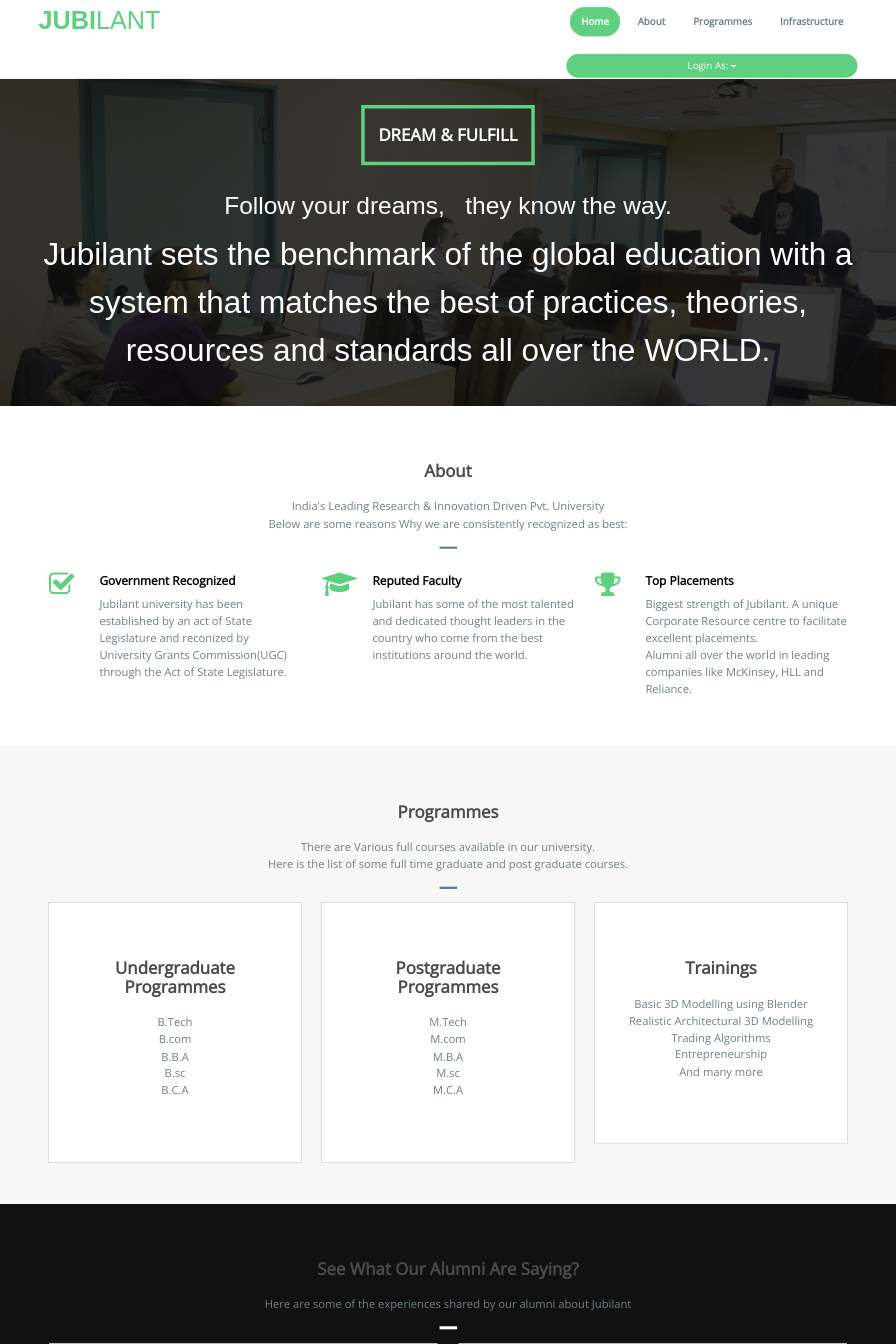
Repository: GauravC8/UMS
Page: http://localhost/login/WEB-INF/index.jsp
These files come from the project's save history. The page is drawn as it stood at one moment and after the next save; the edit follows.
The browser window is 1280 px wide. The pictures show the part of the page from y = 0 to 1920 px (the page is 3363 px tall), at 70% of full size.
Some web fonts or font styles are not loaded; a fallback is used. The page is served by Tomcat 9. Nobody is signed in. Other server files are loaded and not shown. The template is opened directly, without the code that normally fills it, so the values that code supplies are empty.

Above is the page before, as saved 2019-04-08 11:04:51.

### login/src/main/webapp/WEB-INF/index.jsp
<%@ page language="java" contentType="text/html; charset=ISO-8859-1"
	pageEncoding="ISO-8859-1"%>
<%@ taglib uri="http://www.springframework.org/tags/form" prefix="form"%>
<%@taglib prefix="c" uri="http://java.sun.com/jsp/jstl/core"%>

<!DOCTYPE html>
<html lang="en">

<head>
<meta charset="utf-8">
<meta name="viewport" content="width=device-width, initial-scale=1">
<title>UMS</title>

<link rel="stylesheet" type="text/css"
	href="https://fonts.googleapis.com/css?family=Open+Sans|Candal|Alegreya+Sans">
<link rel="stylesheet" type="text/css"
	href="resources/css/font-awesome.min.css">
<link rel="stylesheet" type="text/css"
	href="resources/css/bootstrap.min.css">
<link rel="stylesheet" type="text/css"
	href="resources/css/imagehover.min.css">
<link rel="stylesheet" type="text/css" href="resources/css/style.css">

</head>

<body>
	<!--Navigation bar-->
	<nav class="navbar navbar-default navbar-fixed-top">
		<div class="container">
			<div class="navbar-header">
				<button type="button" class="navbar-toggle" data-toggle="collapse"
					data-target="#myNavbar"></button>
				<a class="navbar-brand" href="index.html">Jubi<span>lant</span></a>
			</div>
			<div class="collapse navbar-collapse" id="myNavbar">
				<ul class="nav navbar-nav navbar-right">
					<li class="btn-trial"><a href="#Home">Home</a></li>
					<li><a href="#about">About</a></li>
					<li><a href="#programmes">Programmes</a></li>
					<li><a href="#infrasturcture">Infrastructure</a></li>

						<div class="dropdown">
							<button class="btn btn-default dropdown-toggle form-control"
								type="button" id="menu1" data-toggle="dropdown">
								Login As: <span class="caret"></span>
							</button>
							<ul class="dropdown-menu" role="menu" aria-labelledby="menu1">
								<li role="presentation"><a role="menuitem" tabindex="-1"
									href="user/loginForm">Student</a></li>
								<li role="presentation"><a role="menuitem" tabindex="-1"
									href="user/loginForm">Faculty</a></li>
								<li role="presentation"><a role="menuitem" tabindex="-1"
									href="user/loginForm">Admin</a></li>
							</ul>
						</div>
					</li>

				</ul>
			</div>
		</div>
	</nav>
	<!--/ Navigation bar-->


	<!--Modal box-->
	<div class="modal fade" id="login" role="dialog">
		<div class="modal-dialog modal-sm">

			<!-- Modal content no 1-->
			<div class="modal-content">
				<div class="modal-header">
					<button type="button" class="close" data-dismiss="modal">&times;</button>
					<h4 class="modal-title text-center form-title">Login</h4>
				</div>
				<div class="modal-body">

					<div class="login-box-body">
						<%-- <form:form action="user/loginUser" class="form-horizontal"
							method="post" modelAttribute="user">
							<div class="form-group">
								<label for="emailId" class="col-md-3 control-label">Email</label>
								<div class="col-md-9">
									<form:input name="emailId" path="emailId"
										cssClass="form-control" />
								</div>
							</div>

							<div class="form-group">
								<label for="password" class="col-md-3 control-label">Password</label>
								<div class="col-md-9">
									<form:password name="password" path="password"
										cssClass="form-control" />
								</div>
							</div>
							<div class="form-group">
								<!-- Button -->
								<div class="col-md-offset-3 col-md-9">
									<form:button cssClass="btn btn-primary">Login</form:button>
								</div>
							</div>
							<div style="color: red">${error}</div>

						</form:form> --%>
					</div>
				</div>
			</div>
		</div>

	</div>
	<!--/ Modal box-->


	<!--Banner-->
	<div class="banner"
		style="background: url('resources/images/bg-banner.jpg') no-repeat center top">
		<div class="bg-color">
			<div class="container">
				<div class="row">
					<div class="banner-text text-center">
						<div class="text-border">
							<h2 class="text-dec">Dream & Fulfill</h2>
						</div>
						<div class="intro-para text-center quote">
							<p class="big-text">Follow your dreams, &nbsp they know the
								way.<p><p class="small-t
							ext">Jubilant sets the benchmark of the
								global education with a system that matches the best of
								practices, theories, resources and standards all over the WORLD.</p>
						</div>

					</div>
				</div>
			</div>
		</div>
	</div>
	<!--/ Banner-->
	<!--About-->
	<section id="about" class="section-padding">
		<div class="container">
			<div class="row">
				<div class="header-section text-center">
					<h2>About</h2>
					<p>
						India's Leading Research & Innovation Driven Pvt. University<br>
						Below are some reasons Why we are consistently recognized as best:
					</p>
					<hr class="bottom-line">
				</div>

				<div class="about">
					<div class="col-md-4">
						<div class="heading pull-right">
							<h4>Government Recognized</h4>
							<p>Jubilant university has been established by an act of
								State Legislature and reconized by University Grants
								Commission(UGC) through the Act of State Legislature.</p>
						</div>
						<div class="about-img pull-left">
							<i class="fa fa-check-square-o"></i>
						</div>
					</div>
				</div>
				<div class="about">
					<div class="col-md-4">
						<div class="heading pull-right">
							<h4>Reputed Faculty</h4>
							<p>Jubilant has some of the most talented and dedicated
								thought leaders in the country who come from the best
								institutions around the world.</p>
						</div>
						<div class="about-img pull-left">
							<i class="fa fa-graduation-cap"></i>
						</div>
					</div>
				</div>
				<div class="about">
					<div class="col-md-4">
						<div class="heading pull-right">
							<h4>Top Placements</h4>
							<p>
								Biggest strength of Jubilant. A unique Corporate Resource centre
								to facilitate excellent placements.<br> Alumni all over the
								world in leading companies like McKinsey, HLL and Reliance.
							</p>
						</div>
						<div class="about-img pull-left">
							<i class="fa fa-trophy"></i>
						</div>
					</div>
				</div>

			</div>
		</div>
	</section>
	<!--/ About-->

	<!--Programs-->
	<section id="programmes" class="section-padding">
		<div class="container">
			<div class="row">
				<div class="header-section text-center">
					<h2>Programmes</h2>
					<p>
						There are Various full courses available in our university.<br>
						Here is the list of some full time graduate and post graduate
						courses.
					</p>
					<hr class="bottom-line">
				</div>
				<div class="col-md-4 col-sm-6">
					<div class="service-box text-center">
						<h2>Undergraduate Programmes</h2>
						<p>
							B.Tech<br>B.com<br>B.B.A<br>B.sc<br>B.C.A
						</p>
					</div>
				</div>
				<div class="col-md-4 col-sm-6">
					<div class="service-box text-center">
						<h2>Postgraduate Programmes</h2>
						<p>
							M.Tech<br>M.com<br>M.B.A<br>M.sc<br>M.C.A
						</p>
					</div>
				</div>
				<div class="col-md-4 col-sm-6">
					<div class="service-box text-center">
						<h2>Trainings</h2>
						<p>
							Basic 3D Modelling using Blender<br>Realistic Architectural
							3D Modelling<br>Trading Algorithms<br>Entrepreneurship<br>And
							many more
						</p>
					</div>
				</div>
			</div>
		</div>
	</section>
	<!--/ programmes-->

	<!--Testimonial-->
	<section id="testimonial" class="section-padding">
		<div class="container">
			<div class="row">
				<div class="header-section text-center">
					<h2 class="white">See What Our Alumni Are Saying?</h2>
					<p class="white">Here are some of the experiences shared by our
						alumni about Jubilant</p>
					<hr class="bottom-line bg-white">
				</div>
				<div class="col-md-6 col-sm-6">
					<div class="text-comment">
						<p class="text-par">"Life in Jubilant has been a breathtaking
							experience.All the faculty members,mentors and everyone in
							Jubilant family have been a great help and a strong support. This
							place has immensely added to my persona and I will always cherish
							the memories I shared with this place."</p>

						<p class="text-name">
							Himani Gupta- MBA in Competitive Intelligence<br>
							Batch:2012-14
						</p>
					</div>
				</div>
				<div class="col-md-6 col-sm-6">
					<div class="text-comment">
						<p class="text-par">"Jubilant has been a completely enriching
							experience. I have acquired lot of confidence through various
							plaforms provided by College such as Sangathan, Youth Fest etc
							which gave us opportunity to present our innate creativity and
							talent. The faculty is very supportive and ready to help
							anytime."</p>
						<p class="text-name">
							Anita Kumari - B.sc(Fashion Design)<br>Batch:2011-14
						</p>
					</div>
				</div>
			</div>
		</div>
	</section>
	<!--/ Testimonial-->
	<!--Infrastructure-->
	<section id="infrasturcture" class="section-padding">
		<div class="container">
			<div class="row">
				<div class="header-section text-center">
					<h2>Infrastructure</h2>
					<p></p>
					<hr class="bottom-line">
				</div>
			</div>
		</div>
		<div class="container">
			<div class="row">
				<div class="col-md-4 col-sm-6 padleft-right">
					<figure class="imghvr-fold-up">
						<img src="resources/images/library.jfif" class="img-responsive">
						<figcaption>
							<h3>Library</h3>
							<p>Synonymous with the abode of knowledge, the six libraries
								at Jubilant are stocked with the lakhs of books and thousands of
								journals to propel the wisdom growth of the students. These
								libraries are frequently updated with new books and other useful
								study material for students.</p>
						</figcaption>
						<a href="#"></a>
					</figure>
				</div>
				<div class="col-md-4 col-sm-6 padleft-right">
					<figure class="imghvr-fold-up">
						<img src="resources/images/classroom.jfif" class="img-responsive">
						<figcaption>
							<h3>Syndicate Rooms</h3>
							<p>
								300 students can brainstorm at the same time in 50 Syndicate
								Rooms.<br>The Syndicate Rooms provide the perfect setting
								to acquire team skills through exercises like brain-storming
								sessions, group discussions, role-plays etc.
							</p>
						</figcaption>
						<a href="#"></a>
					</figure>
				</div>
				<div class="col-md-4 col-sm-6 padleft-right">
					<figure class="imghvr-fold-up">
						<img src="resources/images/auditorium.jfif" class="img-responsive">
						<figcaption>
							<h3>Auditorium</h3>
							<p>State-of-the-art auditoriums with a combined seating
								capacity of over 3,500 act as a common ground for students,
								faculty and corporate personalities for regular interfaces,
								conferences and other events.</p>
						</figcaption>
						<a href="#"></a>
					</figure>
				</div>
				<div class="col-md-4 col-sm-6 padleft-right">
					<figure class="imghvr-fold-up">
						<img src="resources/images/play.jfif" class="img-responsive">
						<figcaption>
							<h3>Playground</h3>
							<p>At Jubilant,sports form one of the important aspects of a
								student's development.From increasing concentration levels and
								working as a team to inculcating a winning spirit;sports help
								students build a strong character.</p>
						</figcaption>
						<a href="#"></a>
					</figure>
				</div>
				<div class="col-md-4 col-sm-6 padleft-right">
					<figure class="imghvr-fold-up">
						<img src="resources/images/hostel.jfif" class="img-responsive">
						<figcaption>
							<h3>Hostel Accomodation</h3>
							<p>Jubilant offers comprehensive hostel facilities for boys
								and girls separately within the University Campus.Caring wardens
								and a vigilant security ensures a pleasant stay allowing
								students to focus on academics.</p>

					</figure>
				</div>
				<div class="col-md-4 col-sm-6 padleft-right">
					<figure class="imghvr-fold-up">
						<img src="resources/images/labs.jfif" class="img-responsive">
						<figcaption>
							<h3>Laboratory</h3>
							<p>The specialised biotechnology laboratories are equipped to
								conduct advanced practical and research work.Jubilant has over
								300 labs where students experiment and bring to practice what
								they have learnt in theory.</p>
						</figcaption>
						<a href="#"></a>
					</figure>
				</div>
			</div>
		</div>
	</section>
	<!--/ Courses-->




	<!--Footer-->
	<footer id="footer" class="footer">
		<div class="container text-center">

			<h3>For More Information</h3>


			<!-- End newsletter-form -->
			<ul class="social-links">
				<li><a href="#link"><i class="fa fa-twitter fa-fw"></i></a></li>
				<li><a href="#link"><i class="fa fa-facebook fa-fw"></i></a></li>
				<li><a href="#link"><i class="fa fa-google-plus fa-fw"></i></a></li>
				<li><a href="#link"><i class="fa fa-dribbble fa-fw"></i></a></li>
				<li><a href="#link"><i class="fa fa-linkedin fa-fw"></i></a></li>
			</ul>
			All rights reserved

		</div>
	</footer>
	<!--/ Footer-->

	<script src="resources/js/jquery.min.js"></script>
	<script src="resources/js/jquery.easing.min.js"></script>
	<script src="resources/js/bootstrap.min.js"></script>
	<script src="resources/js/custom.js"></script>
	<script src="resources/contactform/contactform.js"></script>

</body>

</html>

### login/src/main/webapp/WEB-INF/resources/css/style.css

body {
	font-size: 15px;
    line-height: 1.52;
    color: #717f86;
    font-size: 16px;
	font-family: 'Open Sans', sans-serif;
    font-weight: 400;
}
ol, ul {
	list-style: none;
}
blockquote, q {
	quotes: none;
}
blockquote:before, blockquote:after,
q:before, q:after {
	content: '';
	content: none;
}
table {
	border-collapse: collapse;
	border-spacing: 0;
}
.section-padding{
	padding: 60px 0px;
}
h1, h2, h3, h4, h5, h6{
    font-family: Open Sans, sans-serif;
    font-weight: 700;
    color: #4B4B4C;
}
a{
    color: #5fcf80;
}
a:hover, a:focus{
    color: #5fcf80;
}
/***********************************
Navigation bar
************************************/
.navbar-default .navbar-brand {
    color: #5FCF80;
}
.navbar-default {
    background-color: #ffffff;
}

.navbar-default .navbar-nav > li > a {
    color: #717f86;
    font-size: 14px;
    font-weight: 700;
}
.navbar-nav > li > a{
	padding: 0px;
	margin: 10px 5px;
	padding: 10px 15px;
}
.navbar-default .navbar-nav > li > a:focus, .navbar-default .navbar-nav > li > a:hover
{
	color: #5FCF80;
}
.btn {


background-color: #5FCF80;
	border-radius: 50px;
	color: #ffffff !important;
	border: 1px solid #5FCF80;
	margin-top: 15px;
}
.navbar-nav .active a{
    background: none !important;
    color: #5FCF80 !important;
    outline: none;
}

.btn-trial a{
	background-color: #5FCF80;
	border-radius: 25px;
	color: #ffffff !important;
	border: 1px solid #5FCF80;
}
.btn-trial a:hover, .btn-trial a:focus{
	border: 1px solid #5FCF80;
	background-color: #fff;
	color: #5FCF80 !important;
}
.navbar-default .navbar-brand {
    font-family: 'Dosis', sans-serif !important;
    font-weight: 700;
    text-transform: uppercase;
    padding: 0px;
    height: inherit;
    font-size: 36px;
    margin: 20px 0px;
}
.navbar-default .navbar-brand span{
	font-weight: 100 !important;
}
.navbar {
    margin-bottom: 0px;
}
.padding-zero{
	padding: 0px;
}
.mart20{
	margin-top: 20px;
}
/***********************************
Banner
************************************/
.banner{
	background: url('resources/images/bg-banner.jpg') no-repeat center top;
    background-size: cover;
	min-height: 580px;
    position: relative;
}
.bg-color{
	background-color: RGBA(12, 11, 11, 0.82);
	min-height: 580px;
}
.text-dec{
	font-size: 24px;
	padding: 10px 20px;
    margin: 15px 0;
	text-transform: uppercase;
    color: #fff;
}
.text-border{
	border: 5px solid #5FCF80;
	display: inline-block;
	margin-top: 150px;
}
.intro-para{
	font-family: 'Alegreya Sans', sans-serif;
	font-size: 45px;
	color: #fff;
	margin-top: 30px;
}

.modal-dialog {
    width: 600px;
    margin: 150px auto;
}
.modal-content h4 {
    font-size: 1.5em;
    font-weight: 700;
}
.login-box-body {
    padding: 15px 30px;
}
.login-box-msg, .register-box-msg {
    margin: 0px;
    text-align: center;
    padding: 0px 20px 20px;
}
.form-title{
color:#5FCF80;
}
.form-control{
border-color:#5FCF80;
}
.modal-sm {
    width: 400px;
}
.padleft-right{
    padding-left: 5px;
    padding-right: 0px;
}
.big-text{
    font-size: 35px;
}
.small-text{
    font-size: 16px;
}
btn{
    background-color: #5fcf80;
    color: #fff;
    -webkit-transition: all 0.3s ease-in-out;
  -moz-transition: all 0.3s ease-in-out;
  transition: all 0.3s ease-in-out;
  margin-top: 10px;
}
.btn:hover,.btn:focus{
    background-color: black;
    color: #5fcf80;
    border-color: #fff;
     -webkit-transition: all 0.3s ease-in-out;
  -moz-transition: all 0.3s ease-in-out;
  transition: all 0.3s ease-in-out;
}
/***********************************
About
************************************/
h2{
	font-size: 24px;
	padding-bottom: 15px;
}
.bottom-line{
	width: 25px;
	height: 3px;
	background-color: rgb(99, 122, 145);
}
.about{
	margin-top: 25px;
}
.about-img {
  width: 20%;
}
.heading {
    width: 80%;
}
.about i {
    font-size: 39px;
    color: #5FCF80;
    margin-top: 7px;
}
.heading h4 {
    font-size: 17px;
    line-height: 1.25;
    font-weight: 700;
    color: #000;
    margin: 10px 0px;
    text-align: left;
}
.heading p {
  text-align: left;
}

/***********************************
Programmes
************************************/
#programmes {
    background-color: rgb(247, 247, 247);
}
.service-box{
    background: #fff;
    padding: 60px 30px 80px;
    box-shadow: 0px 0px 1px 1px rgba(0,0,0,0.1);
}



/***********************************
Testimonial
************************************/
#testimonial{
    background-color: #111;
}
.bg-white{
    background-color: #fff !important;
}
.text-comment{
  background-color: rgb(255, 255, 255);
  padding: 20px;
}
.text-par{
  font-size: 20px;
  padding-bottom: 15px;
}
/***********************************
Infrastructure
************************************/
[class*=" imghvr-"] figcaption, [class^="imghvr-"] figcaption {
    background-color: #5FCF80;
}
[class*=" imghvr-"], [class^="imghvr-"] {
    background-color: #5FCF80;
    color: #fff;
}

/***********************************
Footer
************************************/
.footer {
    padding: 60px 0 20px;
    background: #111;
    color: #ccc;
}
.footer a {
    color: #fff;
}

.footer h3{
	font-weight: 300;
	letter-spacing: 0.05em;
	margin: 0 0 40px;
	font-size: 24px;
}
.footer .form-control {
    border-radius: 30px;
    border: none;
    background: rgba(255,255,255,.1);
    padding-left: 30px;
    color: #e5e6e7;
    margin-bottom: 0;
    height: 48px;
}
.footer .social-links li a {
    color: #fff;
    font-size: 32px;
    line-height: 50px;
    border-radius: 50%;
    text-align: center;
    -webkit-transition: all .3s ease-out;
    transition: all .3s ease-out;
}
.footer .social-links li {
    display: inline-block;
    margin: 0 25px 25px;
    -webkit-transition: all .3s ease-out;
    transition: all .3s ease-out;
}
.footer .mc-trial {
    margin: 20px 0;
}
.footer .social-links {
    list-style: none;
    padding: 0;
    margin: 30px 0 40px;
    padding: 40px 0 0;
    border-bottom: 1px solid rgba(255,255,255,0.2);
}

.footer .form-control:focus{
    box-shadow: none;
}
/***********************************
************************************
Responsive media queries
************************************
***********************************/
@media (min-width: 769px) and (max-width: 980px) {
    .ser-text {
    font-size: 20px;
    }
    .service-box{
        margin-bottom: 30px;
    }
}
@media (min-width: 451px) and (max-width: 768px) {
    .ser-text {
    font-size: 20px;
    }
    .service-box{
        margin-bottom: 30px;
    }


}
@media (min-width: 20px) and (max-width: 450px) {
    .text-dec {
    font-size: 20px;
    }
    .big-text {
    font-size: 30px;
    }
    .small-text {
    font-size: 14px;
    }
    .intro-para {
    font-size: 30px;
    }
    .header-section p{
        font-size: 14px;
    }
    .heading {
    margin-bottom: 20px;
    }

    h3.det-txt {
    font-size: 28px;
    }

    .service-box, .text-comment{
        margin-bottom: 30px;
    }

    .footer .social-links li {
    margin: 0 5px 25px;
    }

    .modal-sm {
    width: 300px;
    }
    .login-box-body {
    padding: 15px 20px;
    }
    .navbar-default .navbar-brand{
        margin-left: 10px;
    }
    .navbar-default .navbar-nav > li > a{
        text-align: center;
    }
}

### login/src/main/webapp/WEB-INF/resources/js/custom.js
(function($) {

  // Navigation scrolls
  $(".navbar-nav li a").on('click', function(event) {
    $('.navbar-nav li').removeClass('active');
    $(this).closest('li').addClass('active');
    var $anchor = $(this);
    var nav = $($anchor.attr('href'));
    if (nav.length) {
      $('html, body').stop().animate({
        scrollTop: $($anchor.attr('href')).offset().top
      }, 1500, 'easeInOutExpo');

      event.preventDefault();
    }
  });
  $(".navbar-collapse a").on('click', function() {
    $(".navbar-collapse.collapse").removeClass('in');
  });

  // Add smooth scrolling to all links in navbar
  $("a.mouse-hover, a.get-quote").on('click', function(event) {
    var hash = this.hash;
    if (hash) {
      event.preventDefault();
      $('html, body').animate({
        scrollTop: $(hash).offset().top
      }, 1500, 'easeInOutExpo');
    }
  });
})(jQuery);

Loaded but not shown: login/src/main/webapp/WEB-INF/resources/css/font-awesome.min.css (library); login/src/main/webapp/WEB-INF/resources/css/bootstrap.min.css (library); login/src/main/webapp/WEB-INF/resources/css/imagehover.min.css (library); login/src/main/webapp/WEB-INF/resources/js/jquery.min.js (library); login/src/main/webapp/WEB-INF/resources/js/jquery.easing.min.js (library); login/src/main/webapp/WEB-INF/resources/js/bootstrap.min.js (library)

After the next save:
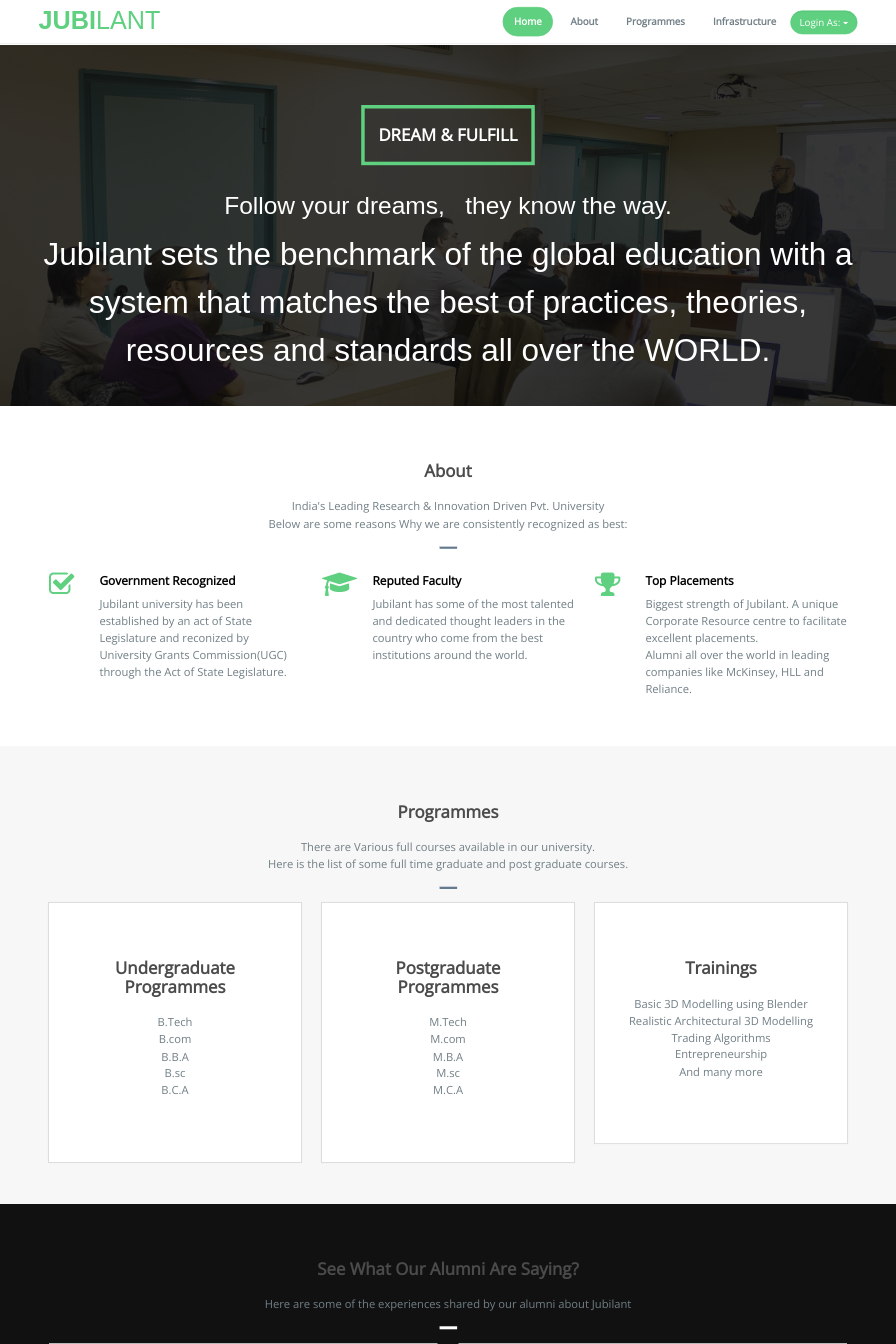
Saved 17 s later.
--- a/login/src/main/webapp/WEB-INF/index.jsp
+++ b/login/src/main/webapp/WEB-INF/index.jsp
@@ -38,7 +38,7 @@
 					<li><a href="#about">About</a></li>
 					<li><a href="#programmes">Programmes</a></li>
 					<li><a href="#infrasturcture">Infrastructure</a></li>
-
+					<li>
 						<div class="dropdown">
 							<button class="btn btn-default dropdown-toggle form-control"
 								type="button" id="menu1" data-toggle="dropdown">
